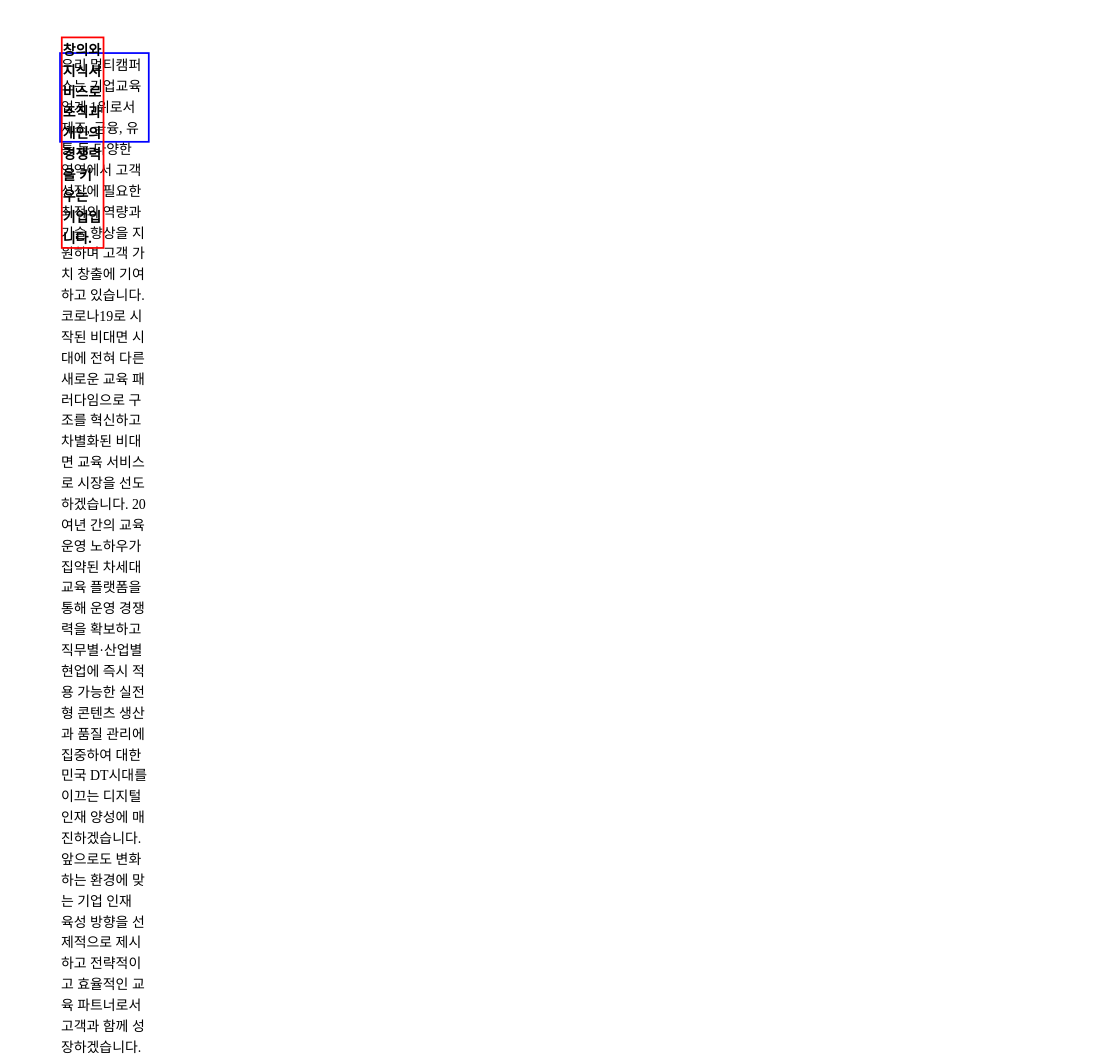
Repository: zmfhd1/Web
Page: boardtest/WebContent/overflow.html
An editor plug-in stored every save of this project. The page is shown before and after a run of saves, followed by the edit.
The browser window is 1280 px wide. The pictures show the whole page, at 87% of full size.

Above is the page before, as saved 2021-08-23 01:43:22.

After the next 2 saves:
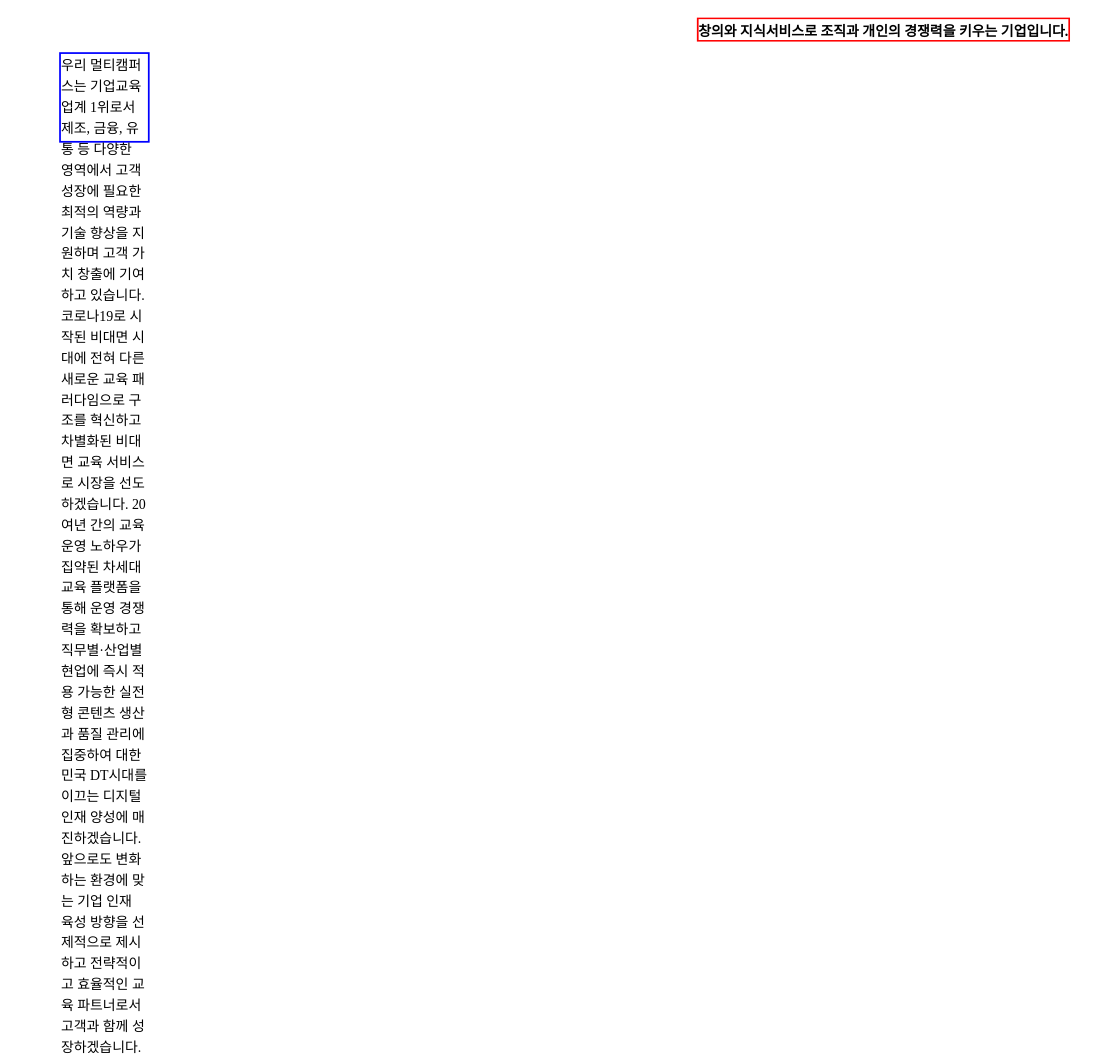
The 2 saves are shown as one change because they came seconds apart.
The last was saved 17 s later.
--- a/boardtest/WebContent/overflow.html
+++ b/boardtest/WebContent/overflow.html
@@ -15,8 +15,8 @@
 
   b{
   border : 2px solid red;
-  position : absolute; /*부모태그영역*/
-  top : -20px;
+  position : fixed; /*부모태그영역*/
+  top : 20px;
   right : 50px;
   }
   </style>
